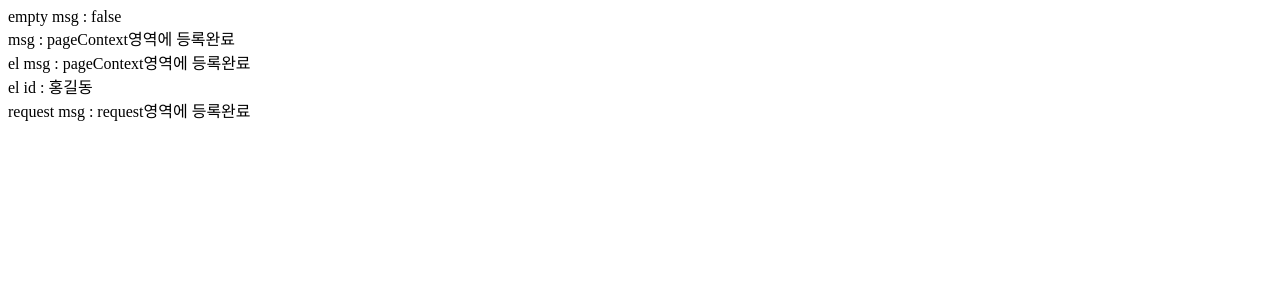
Repository: sunnny10/web-workspace
Page: http://localhost/Lecture-Web/jsp/el/exam03.jsp
An editor plug-in stored every save of this project. The page is shown before and after the next save, followed by the edit.
The browser window is 1280 px wide. The pictures show the whole page.
The page is served by Tomcat 9.

Above is the page before, as saved 2022-06-07 02:22:40.

After the next save:
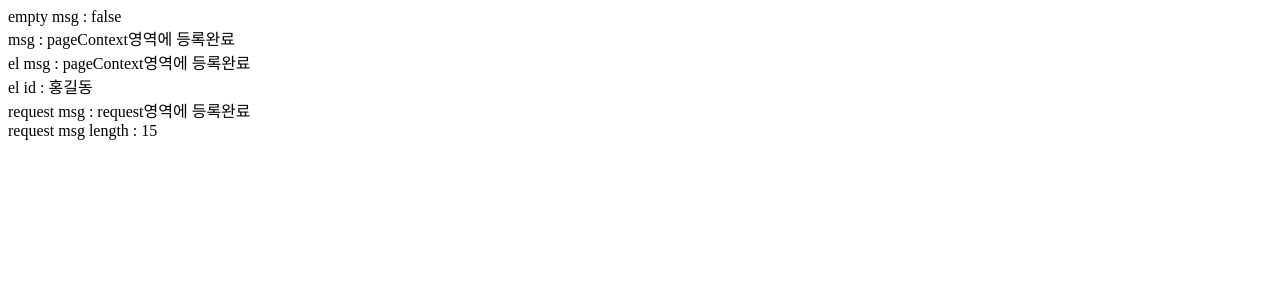
Saved 2 min 47 s later.
--- a/Lecture-Web/src/main/webapp/jsp/el/exam03.jsp
+++ b/Lecture-Web/src/main/webapp/jsp/el/exam03.jsp
@@ -30,5 +30,6 @@
 	el id : ${ id }<br>
 
 	request msg : ${ requestScope.msg }<br>
+	request msg length : <%= ((String)request.getAttribute("msg")).length() %>
 </body>
 </html>
